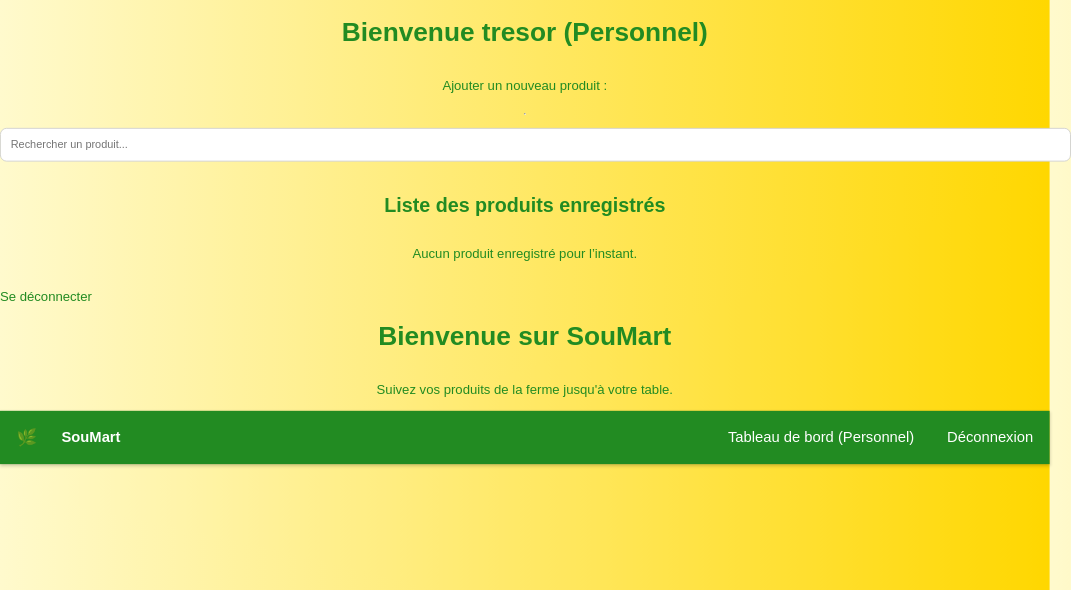
Repository: SouhailMar10/FOOD-MART
Page: http://localhost/dashboard_personnel
The author's editor kept a copy of each file at every save. The page is drawn from the files as they stood at one save, then again after a run of saves.
The browser window is 1280 px wide. The page is 1306 px wide, so the pictures cover 1306 px, including what lies to the right of the window. The pictures show the whole page, at 82% of full size.
The page is served by the project's application, run on Flask 3 (app.py). The user the application loads for id 1 is signed in. The page reads the database file committed with the project.

Above is the page before, as saved 2025-04-27 13:08:25.

After the next 2 saves:
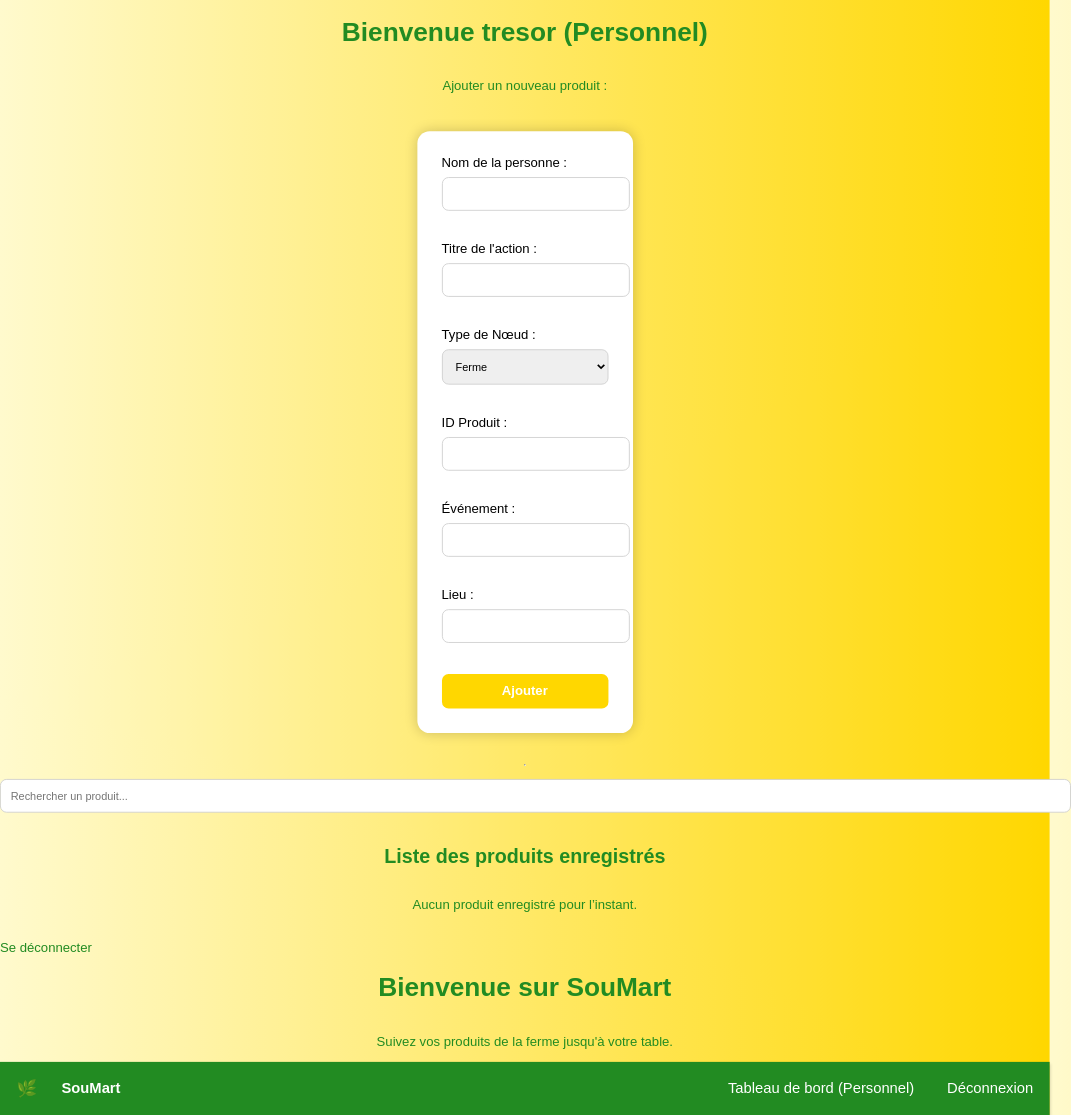
The 2 saves are shown as one change because they came seconds apart.
The last was saved 8 s later.
--- a/templates/dashboard_personnel.html
+++ b/templates/dashboard_personnel.html
@@ -16,6 +16,34 @@
         {% endfor %}
       {% endif %}
     {% endwith %}
+    <form action="/dashboard_personnel" method="POST">
+        <label for="name">Nom de la personne :</label><br>
+        <input type="text" id="name" name="name" required><br><br>
+
+        <label for="title">Titre de l'action :</label><br>
+        <input type="text" id="title" name="title" required><br><br>
+
+        <label for="node">Type de Nœud :</label><br>
+        <select id="node" name="node" required>
+            <option value="Ferme">Ferme</option>
+            <option value="Usine">Usine</option>
+            <option value="Entrepôt">Entrepôt</option>
+            <option value="Centre d'emballage">Centre d'emballage</option>
+            <option value="Chauffeur">Chauffeur</option>
+            <option value="Centre commercial">Centre commercial</option>
+        </select><br><br>
+
+        <label for="product_id">ID Produit :</label><br>
+        <input type="text" id="product_id" name="product_id" required><br><br>
+
+        <label for="event">Événement :</label><br>
+        <input type="text" id="event" name="event" required><br><br>
+
+        <label for="location">Lieu :</label><br>
+        <input type="text" id="location" name="location" required><br><br>
+
+        <input type="submit" value="Ajouter">
+    </form>
 
     <hr>
     <input type="text" id="searchInput" placeholder="Rechercher un produit..." onkeyup="searchProducts()">
